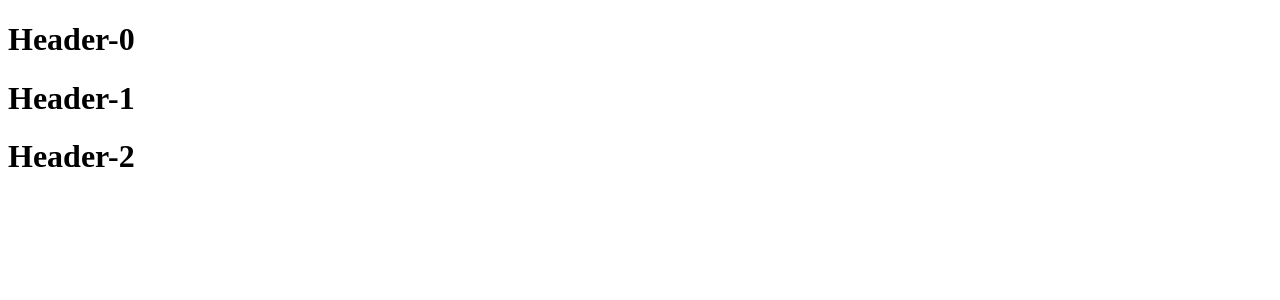
Repository: chlguswns1/web-practice
Page: jQuery/src/main/webapp/03_DOM_Operation.html
The author's editor kept a copy of each file at every save. The page is drawn from the files as they stood at one save, then again after the next save.
The browser window is 1280 px wide. The pictures show the whole page.

Above is the page before, as saved 2023-03-09 08:17:16.

After the next save:
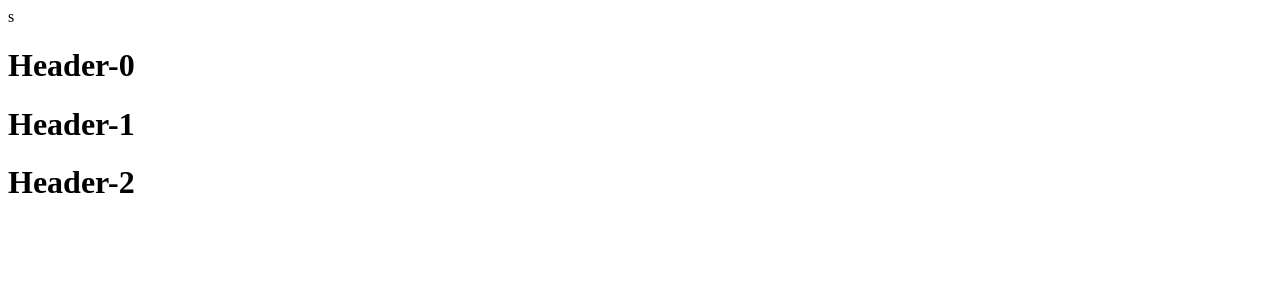
Saved 76 s later.
--- a/jQuery/src/main/webapp/03_DOM_Operation.html
+++ b/jQuery/src/main/webapp/03_DOM_Operation.html
@@ -260,7 +260,7 @@
     <div></div>
  -->
 
-<!-- 9-2. 문서 객체의 내부 추가 -->
+<!-- 9-2. 문서 객체의 내부 추가 -->s
     <h1>Header-0</h1>
     <h1>Header-1</h1>
     <h1>Header-2</h1>
